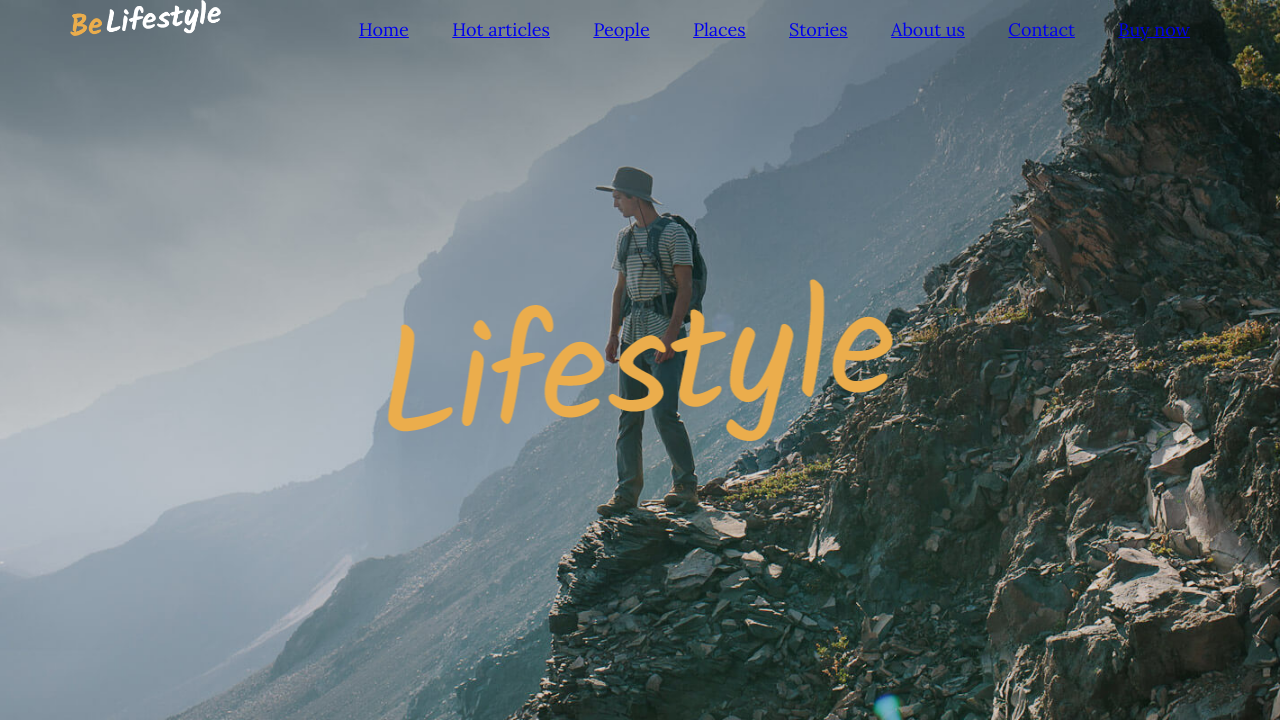
Repository: MalgorzataMazur/BeLife
Page: index.html
An editor plug-in stored every save of this project. The page is shown before and after the next save, followed by the edit.
The browser window is 1280 px wide. The pictures show the whole page.

Above is the page before, as saved 2019-10-30 12:25:58.

After the next save:
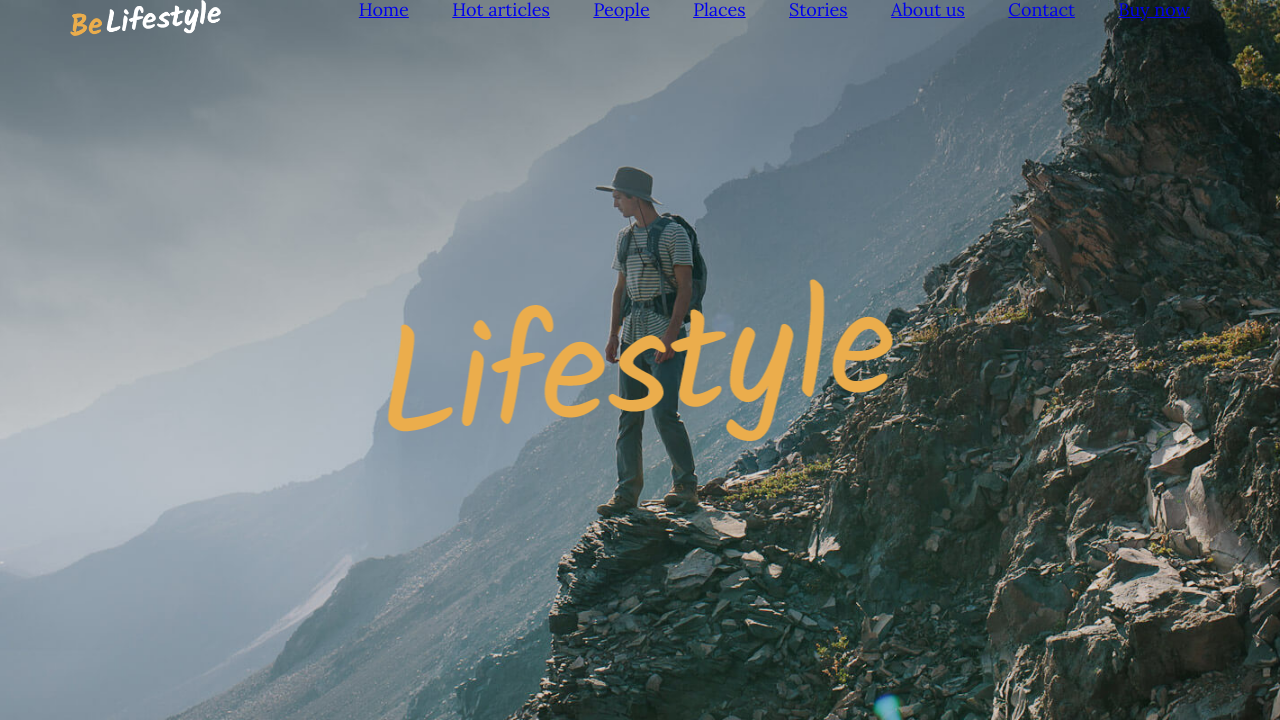
Saved 7 s later.
--- a/resources/css/style.css
+++ b/resources/css/style.css
@@ -59,5 +59,5 @@ header {
     display: inline-block;
     font-size: 18px;
     margin: 0px;
-    padding: 20px;
+    padding: 0 20px;
 }
